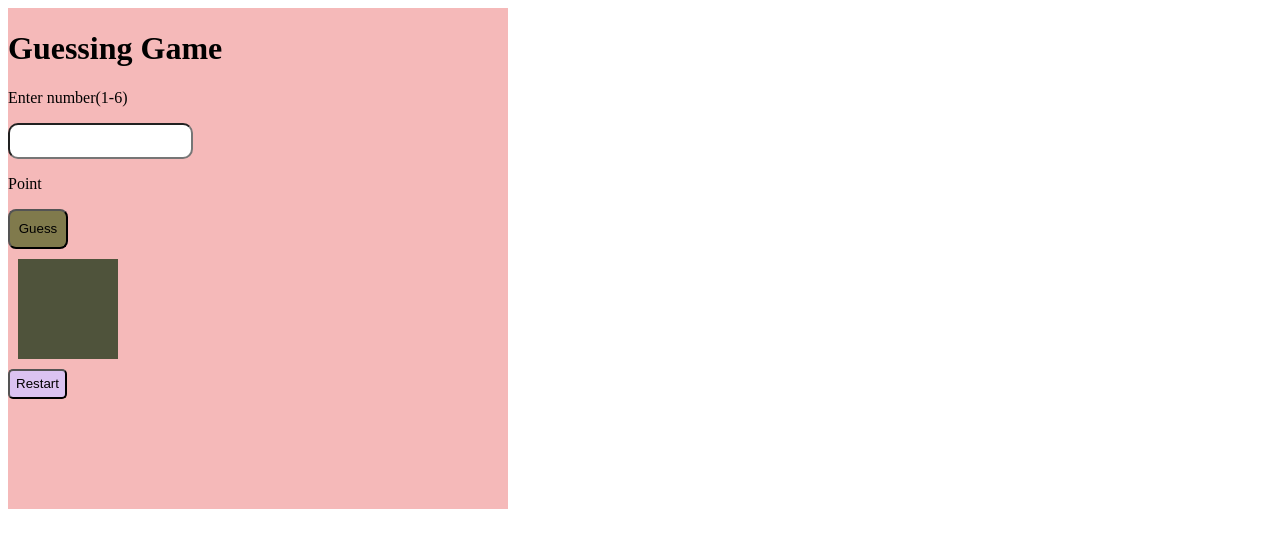
Repository: AniAntonyan/GuessingGame
Page: index.html
An editor plug-in stored every save of this project. The page is shown before and after the next save, followed by the edit.
The browser window is 1280 px wide. The pictures show the whole page.

Above is the page before, as saved 2022-02-27 17:28:50.

### index.html
<!DOCTYPE html>
<html lang="en">
<head>
    <meta charset="UTF-8">
    <meta http-equiv="X-UA-Compatible" content="IE=edge">
    <meta name="viewport" content="width=device-width, initial-scale=1.0">
    <link rel="stylesheet" href="style.css">
    <title>Document</title>
</head>
<body>
    <div class="container">
        <h1 class="Guessing">Guessing Game</h1>
        <p class="enter">Enter number(1-6)</p>
    <input id="num" type="text">
    <p class="p">Point</p>
    <button id="btn">Guess</button>
    <div class="table" id="show-text"></div>
    <button  id="restart"> Restart</button>
    </div>

    <script src="index.js"></script>
</body>
</html>

### style.css
.container{
    background-color: #f5b9b9;
    height: 500px;
    width: 500px;
    padding-top:1px;
}

#num{
    height: 30px;
    border-radius: 10px;
}

#btn{
    height: 40px;
    width: 60px;
    border-radius: 8px;
    background-color: rgb(128, 122, 76);
    margin-left: ;
}

.table{
    height: 100px;
    width: 100px;
    background-color: rgb(79, 83, 59);
    margin: 10px;
}

#restart{
    height: 30px;
    border-radius: 5px;
    background-color: rgb(219, 195, 241);
}

### index.js
let input = document.getElementById("num");
let btn = document.getElementById("btn");
let text = document.getElementById("show-text");
let restart = document.getElementById("restart");
let random = Math.floor(Math.random() * 6 + 1);

After the next save:
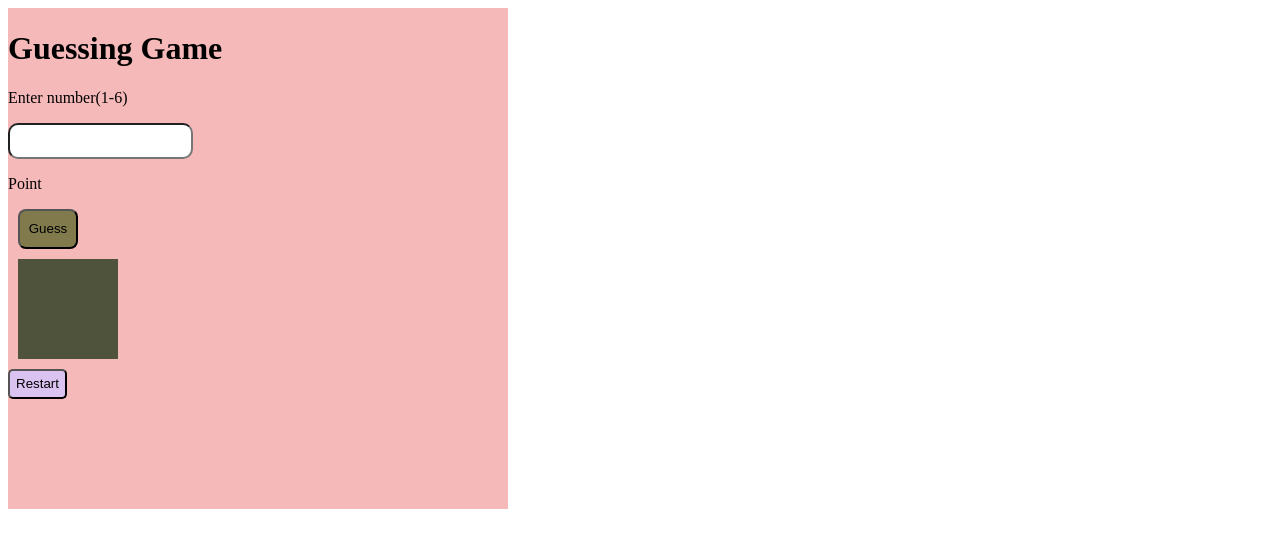
Saved 4 s later.
--- a/style.css
+++ b/style.css
@@ -15,7 +15,7 @@
     width: 60px;
     border-radius: 8px;
     background-color: rgb(128, 122, 76);
-    margin-left: ;
+    margin-left: 10px;
 }
 
 .table{
